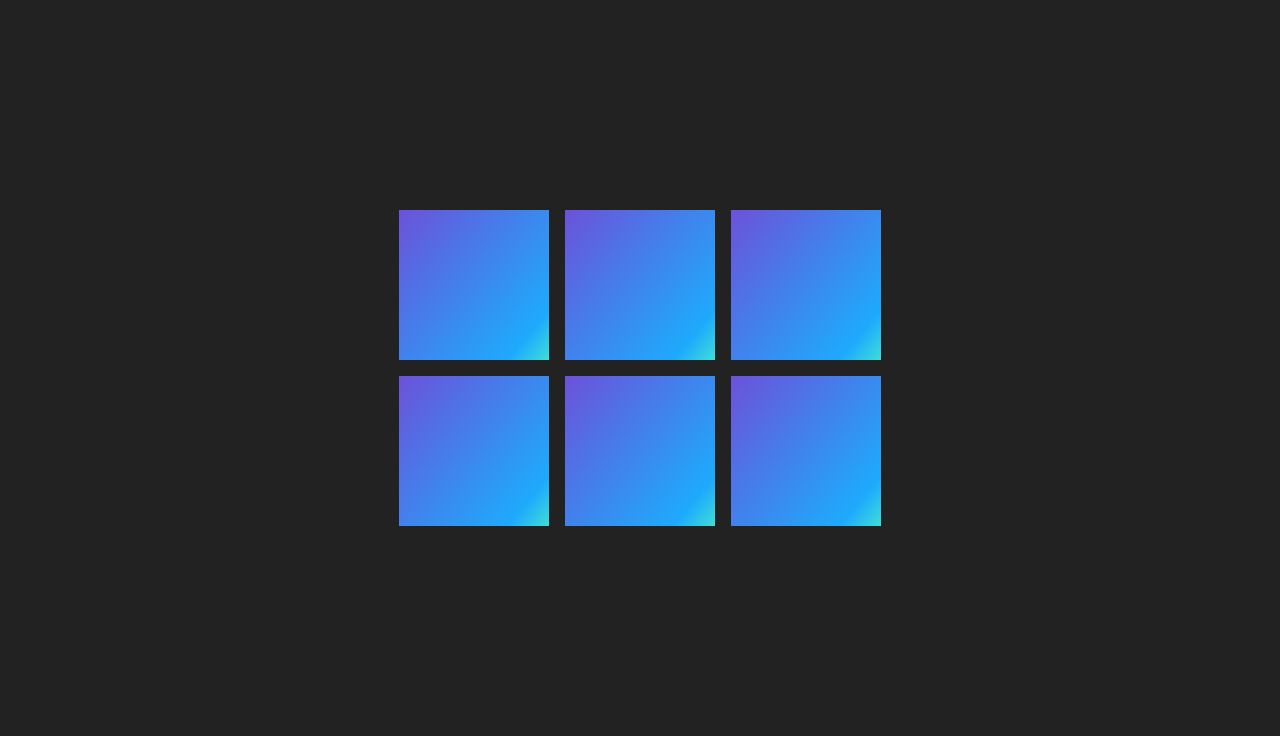
Repository: mariocapitbrok/css-grid
Page: index.html
These files come from the project's save history. The page is drawn as it stood at one moment and after the next save; the edit follows.
The browser window is 1280 px wide. The pictures show the whole page.

Above is the page before, as saved 2022-12-29 13:12:11.

### index.html
<!DOCTYPE html>
<html lang="en">
<head>
  <meta charset="UTF-8">
  <meta http-equiv="X-UA-Compatible" content="IE=edge">
  <meta name="viewport" content="width=device-width, initial-scale=1.0">
  <link rel="stylesheet" href="styles.css">
  <title>Grid and Flexbox</title>
</head>
<body>
  <div class="container">
    <div class="item item1"></div>
    <div class="item item2"></div>
    <div class="item item3"></div>
    <div class="item item4"></div>
    <div class="item item5"></div>
    <div class="item item6"></div>
  </div>
</body>
</html>

### styles.css
body {
  background-color: #222222;
  height: 100vh;
  display: flex;
  justify-content: center;
  align-items: center;
}

.container {
  display: grid;
  grid-template-columns: 150px 150px 150px;
  grid-template-rows: 150px 150px;
  grid-gap: 1rem;
}

.item {
  background-color: #1EAAFC;
  background-image: linear-gradient(130deg, #6C52D9 0%, #1EAAFC 85%, #3EDFD7 100%);
}

After the next save:
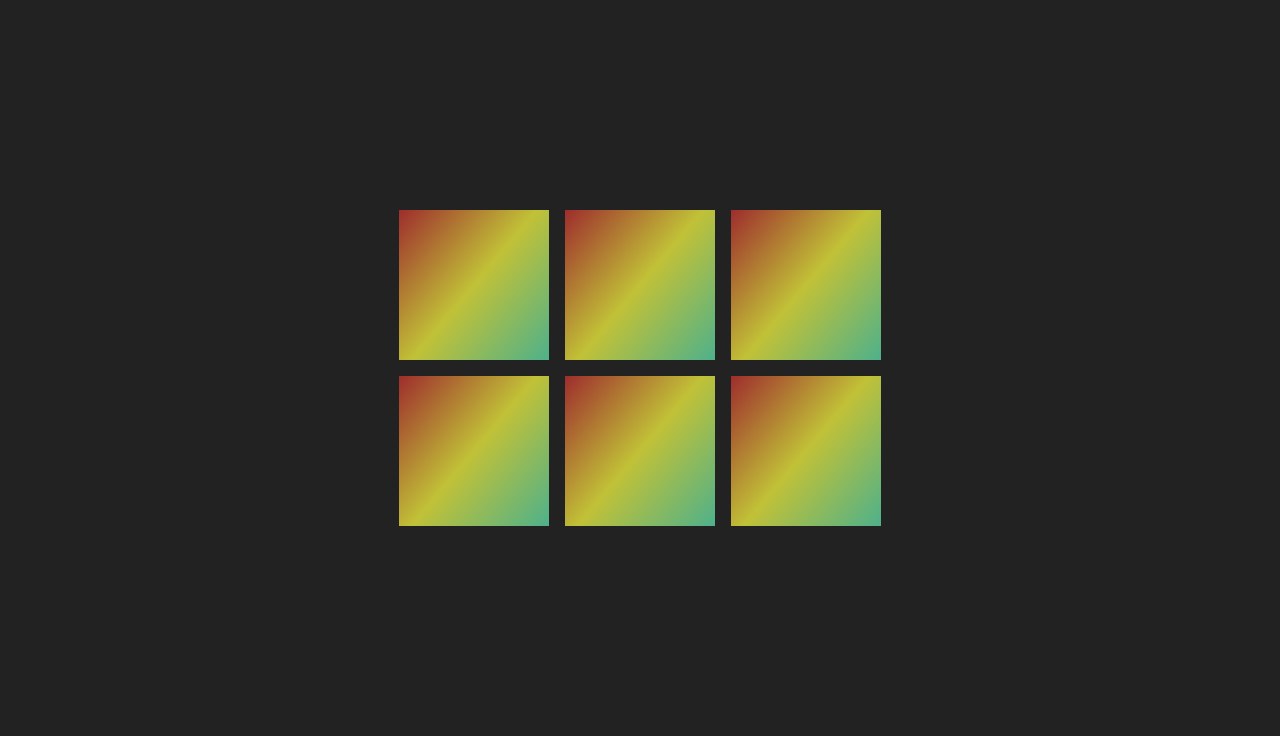
Saved 2 min 45 s later.
--- a/styles.css
+++ b/styles.css
@@ -15,5 +15,5 @@
 
 .item {
   background-color: #1EAAFC;
-  background-image: linear-gradient(130deg, #6C52D9 0%, #1EAAFC 85%, #3EDFD7 100%);
+  background-image: linear-gradient(130deg, #9e2d2d, #c1c137, #4eb18b);
 }
